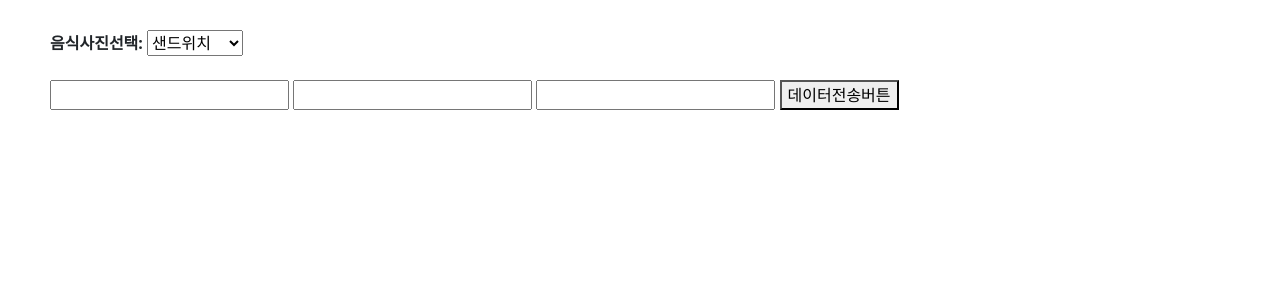
Repository: GANADAG/jspProject
Page: JspProject/src/main/webapp/ajax0306/formdata.html
The author's editor kept a copy of each file at every save. The page is drawn from the files as they stood at one save, then again after the next save.
The browser window is 1280 px wide. The pictures show the whole page.
Some web fonts or font styles are not loaded; a fallback is used.

Above is the page before, as saved 2024-03-06 01:16:53.

### JspProject/src/main/webapp/ajax0306/formdata.html
<!DOCTYPE html>
<html>
<head>
<meta charset="UTF-8">
<link href="https://cdn.jsdelivr.net/npm/bootstrap@5.3.2/dist/css/bootstrap.min.css" rel="stylesheet">
<link href="https://fonts.googleapis.com/css2?family=Diphylleia&family=Dongle&family=Noto+Sans+KR:wght@100..900&family=Orbit&family=Stylish&display=swap" rel="stylesheet">
<script src="https://code.jquery.com/jquery-3.7.0.js"></script>
<title>Insert title here</title>
</head>
<body>
	<div style="margin:30px 50px;">
		<b>음식사진선택:</b>
		<select id="selImage">
			<option value="1">샌드위치</option>
			<option value="2">닭꼬치</option>
			<option value="7">달걀</option>
			<option value="11">망고빙수</option>
			<option value="6">계란볶음밥</option>
		</select>
		<br><br>
		<input type="text" id="likeScore1">
		<input type="text" id="likeScore2">
		<input type="text" id="likeScore3">

		<button type="button" id="btn1">데이터전송버튼</button>
		<br><br>
		<div id="result"></div>
	</div>

	<script type="text/javascript">
		$("#btn1").click(function(){
			var foodphoto=$("#selImage").val();
			var foodname=$("#selImage option:selected").text();
			var like1=$("#likeScore1").val();
			var like2=$("#likeScore2").val();
			var like3=$("#likeScore3").val();

			var s="$foodphoto="+foodphoto+"$foodname="+foodname+"$like1="+like1+"$like2="+like2+"$like3="+like3;

			//alert(s);

			$.ajax({
				type:"get",
				url:"formDataReceive.jsp",
				data:s,
				dataType:"json",
				success:function(res){

					var out="<img src='"+res.photo+"'><br>";
					out+="<h2>음식명: "+res.food+"</h3>";
					out+="<h4>음식평점 합계: "+res.tot+"</h4>";
					out+="<h4>음식평점: "+res.avg+"</h4>";

					$("#result").html(out);
				},

			})

		});

	</script>
</body>
</html>

After the next save:
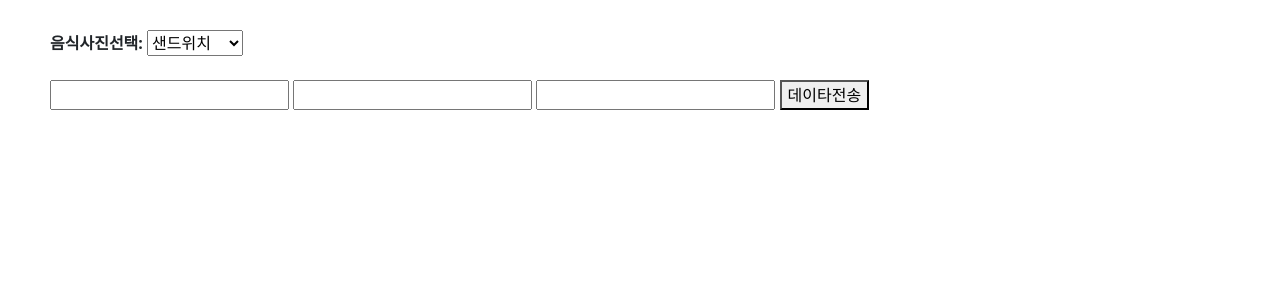
Saved 36 s later.
--- a/JspProject/src/main/webapp/ajax0306/formdata.html
+++ b/JspProject/src/main/webapp/ajax0306/formdata.html
@@ -3,61 +3,73 @@
 <head>
 <meta charset="UTF-8">
 <link href="https://cdn.jsdelivr.net/npm/bootstrap@5.3.2/dist/css/bootstrap.min.css" rel="stylesheet">
-<link href="https://fonts.googleapis.com/css2?family=Diphylleia&family=Dongle&family=Noto+Sans+KR:wght@100..900&family=Orbit&family=Stylish&display=swap" rel="stylesheet">
+<link href="https://fonts.googleapis.com/css2?family=Dongle&family=Gaegu&family=Nanum+Pen+Script&family=Noto+Sans+KR:wght@100..900&family=Noto+Serif+KR&display=swap" rel="stylesheet">
 <script src="https://code.jquery.com/jquery-3.7.0.js"></script>
 <title>Insert title here</title>
 </head>
 <body>
-	<div style="margin:30px 50px;">
-		<b>음식사진선택:</b>
-		<select id="selImage">
-			<option value="1">샌드위치</option>
-			<option value="2">닭꼬치</option>
-			<option value="7">달걀</option>
-			<option value="11">망고빙수</option>
-			<option value="6">계란볶음밥</option>
-		</select>
-		<br><br>
-		<input type="text" id="likeScore1">
-		<input type="text" id="likeScore2">
-		<input type="text" id="likeScore3">
+<div style="margin: 30px 50px;">
+    <b>음식사진선택:</b>
+    <select id="selImage">
+        <option value="1">샌드위치</option>
+        <option value="2">닭꼬치</option>
+        <option value="7">에그인헬</option>
+        <option value="11">망고빙수</option>
+        <option value="6">계란볶음밥</option>
+    </select>
+    <br><br>
+    <input type="text" id="likeScore1">
+    <input type="text" id="likeScore2">
+    <input type="text" id="likeScore3">
 
-		<button type="button" id="btn1">데이터전송버튼</button>
-		<br><br>
-		<div id="result"></div>
-	</div>
+    <button type="button" id="btn1">데이타전송</button>
+    <br><br>
+    <div id="result"></div>
+</div>
 
-	<script type="text/javascript">
-		$("#btn1").click(function(){
-			var foodphoto=$("#selImage").val();
-			var foodname=$("#selImage option:selected").text();
-			var like1=$("#likeScore1").val();
-			var like2=$("#likeScore2").val();
-			var like3=$("#likeScore3").val();
+<script type="text/javascript">
+    $("#btn1").click(function(){
 
-			var s="$foodphoto="+foodphoto+"$foodname="+foodname+"$like1="+like1+"$like2="+like2+"$like3="+like3;
+    	var foodphoto=$("#selImage").val();
+    	var foodname=$("#selImage option:selected").text();
+    	var like1=$("#likeScore1").val();
+    	var like2=$("#likeScore2").val();
+    	var like3=$("#likeScore3").val();
 
-			//alert(s);
+    	var s="foodphoto="+foodphoto+"&foodname="+foodname+"&like1="+like1+"&like2="+like2+"&like3="+like3;
 
-			$.ajax({
-				type:"get",
-				url:"formDataReceive.jsp",
-				data:s,
-				dataType:"json",
-				success:function(res){
+    	//alert(s);
 
-					var out="<img src='"+res.photo+"'><br>";
-					out+="<h2>음식명: "+res.food+"</h3>";
-					out+="<h4>음식평점 합계: "+res.tot+"</h4>";
-					out+="<h4>음식평점: "+res.avg+"</h4>";
+    	$.ajax({
 
-					$("#result").html(out);
-				},
+    		type:"get",
+    		url:"formDataReceive.jsp",
+    		data:s,
+    	    dataType:"json",
+    		success:function(res){
 
-			})
+    			var out="<img src='"+res.photo+"'><br>";
+    			out+="<h2>음식명: "+res.food+"</h3>";
+    			out+="<h4>음식평점 합계: "+res.tot+"</h4>";
+    			out+="<h4>음식평점: "+res.avg+"</h4>";
 
-		});
+    			$("#result").html(out);
 
-	</script>
+    		},
+    		statusCode:{
+    			404:function(){
+    				alert("json파일을 찾을수 없네요");
+    			},
+    			500:function(){
+    				alert("서버오류..코드를 다시한번보세요");
+    			}
+    		}
+    	})
+
+    });
+</script>
+
+
+
 </body>
 </html>
